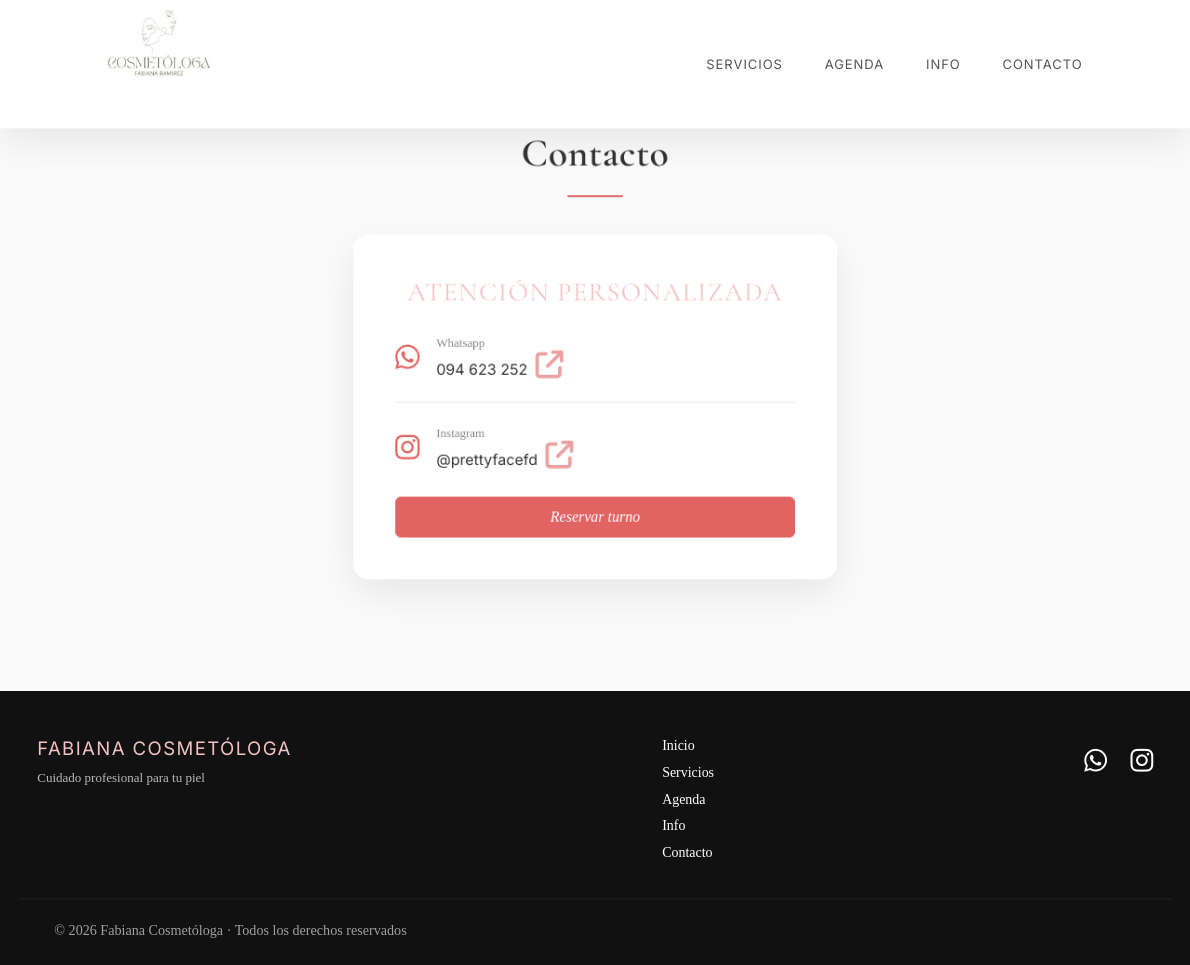
Repository: thiagobal1891-sudo/paginaweb
Page: pages/contacto.html
The author's editor kept a copy of each file at every save. The page is drawn from the files as they stood at one save, then again after the next save.
The browser window is 1280 px wide. The pictures show the whole page, at 93% of full size.
Some web fonts or font styles are not loaded; a fallback is used.

Above is the page before, as saved 2026-03-17 14:12:35.
Console error: ReferenceError: emailjs is not defined

After the next save:
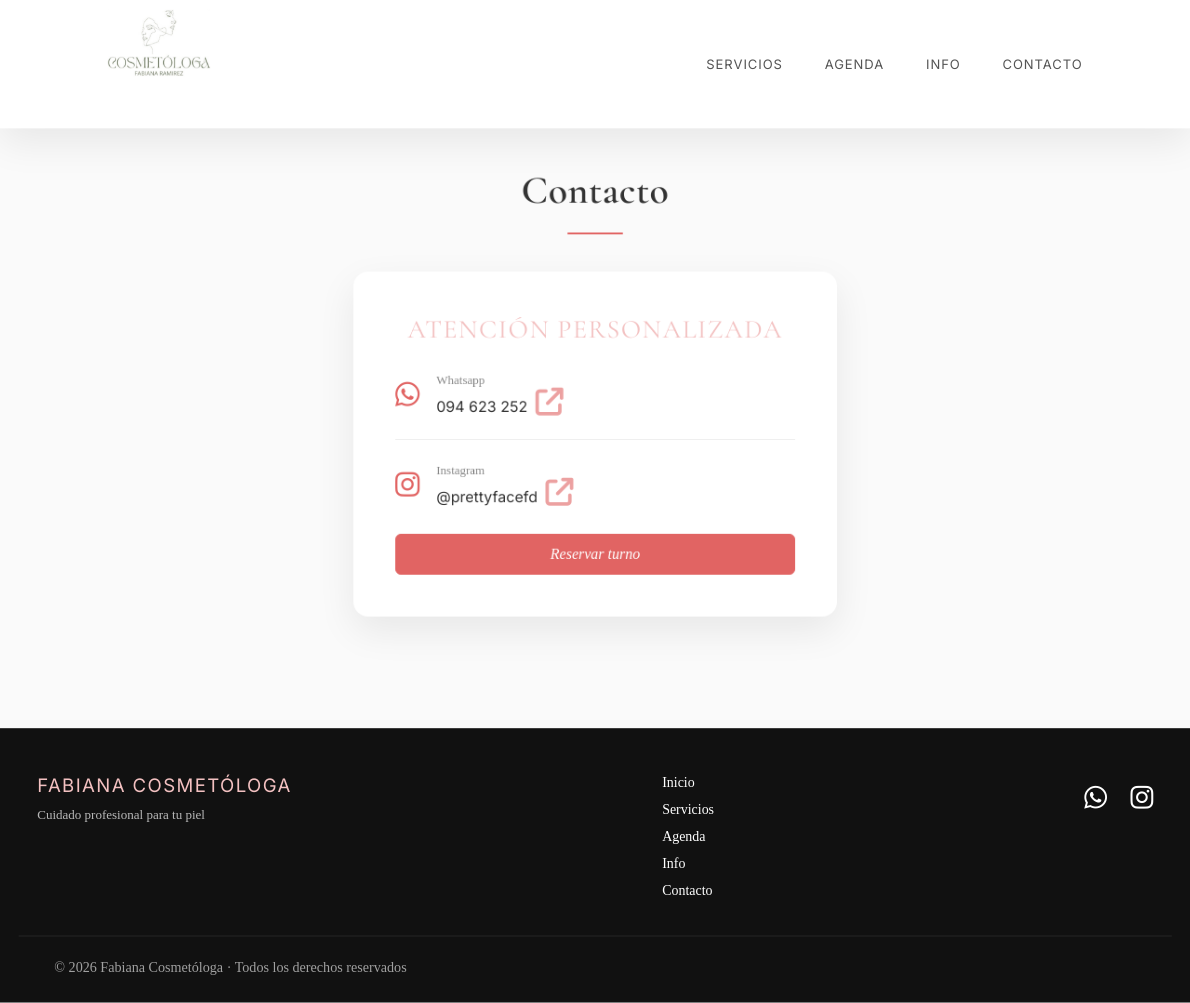
Saved 5 s later.
--- a/css/style.css
+++ b/css/style.css
@@ -10,7 +10,7 @@
   font-size: 100%;
 }
 :root{
-  --header-height:60px;
+  --header-height:100px;
   --primary:#E16463;
   --primary-soft:rgba(225,100,99,.15);
   --primary-soft-light:rgba(225,100,99,.08);

After the save that followed:
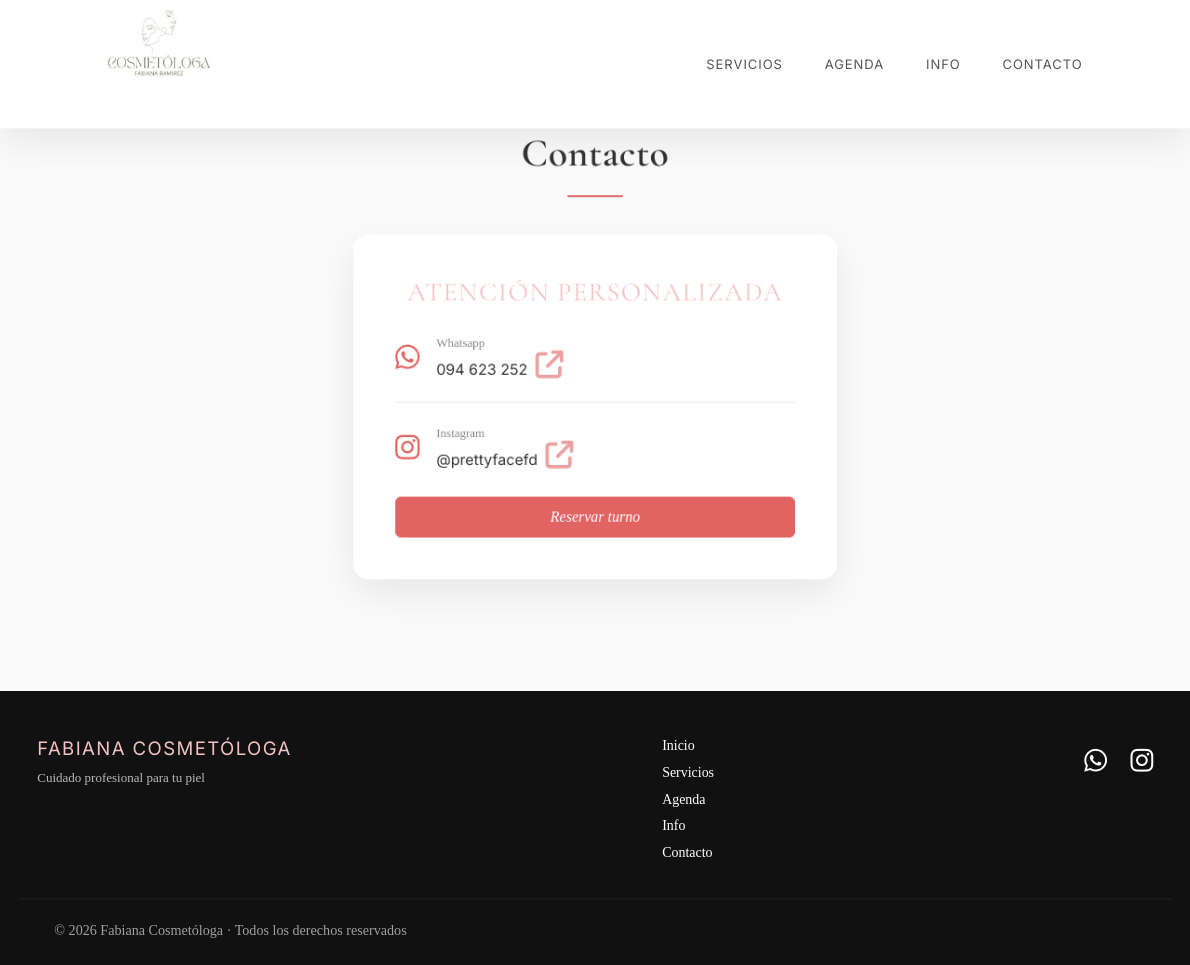
Saved 19 s later.
--- a/css/style.css
+++ b/css/style.css
@@ -10,7 +10,7 @@
   font-size: 100%;
 }
 :root{
-  --header-height:100px;
+  --header-height:60px;
   --primary:#E16463;
   --primary-soft:rgba(225,100,99,.15);
   --primary-soft-light:rgba(225,100,99,.08);
